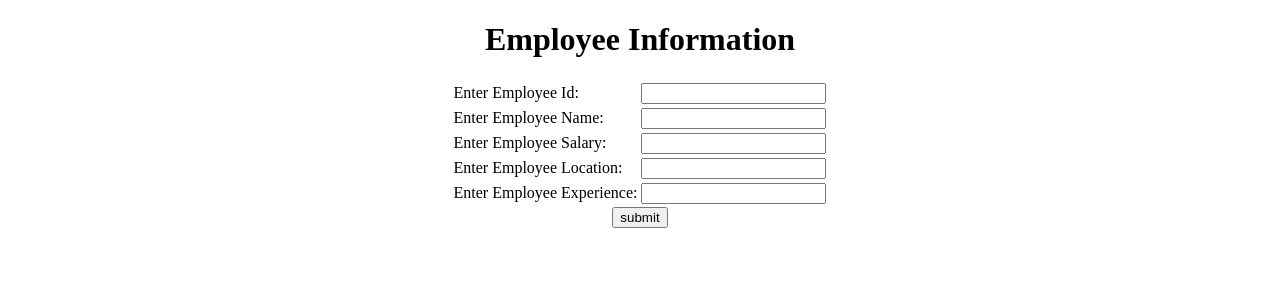
Repository: mounikagunda/corejavaproject
Page: http://localhost/projectjsp1/Insert.jsp
These files come from the project's save history. The page is drawn as it stood at one moment and after the next save; the edit follows.
The browser window is 1280 px wide. The pictures show the whole page.
The page is served by Tomcat 9.

Above is the page before, as saved 2016-12-19 04:52:15.

After the next save:
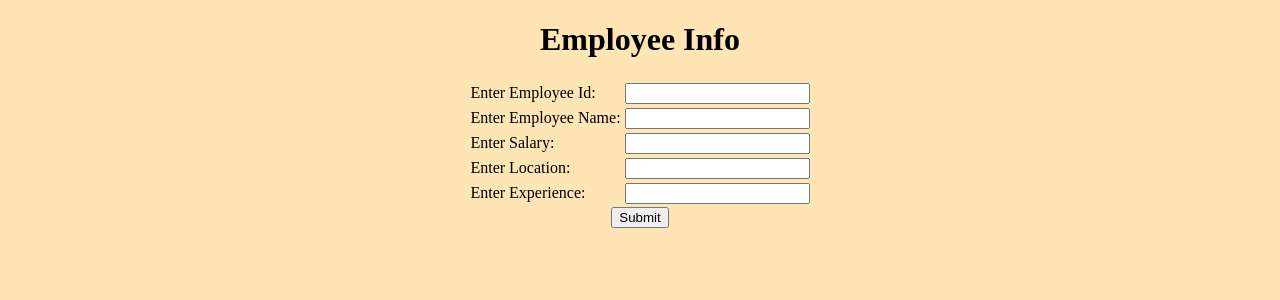
Saved 92 s later.
--- a/projectjsp1/WebContent/Insert.jsp
+++ b/projectjsp1/WebContent/Insert.jsp
@@ -6,38 +6,44 @@
 <meta http-equiv="Content-Type" content="text/html; charset=ISO-8859-1">
 <title>Insert title here</title>
 </head>
-<body>
-<body style="background-color:White">
+
+<body style="background-color:Moccasin">
 <div align="center">
-<h1>Employee Information</h1>
-<form action="insert" method="post">
-<table>
-<tr>
-<td> Enter Employee Id:</td>
-<td><input type="text" name="eid"/></td>
-</tr>
-<tr>
-<td> Enter Employee Name:</td>
-<td><input type="text" name="ename"/></td>
-</tr>
-<tr>
-<td> Enter Employee Salary:</td>
-<td><input type="number" name="esal"/></td>
-</tr>
-<tr>
-<td> Enter Employee Location:</td>
-<td><input type="text" name="eloc"/></td>
-</tr>
-<tr>
-<td> Enter Employee Experience:</td>
-<td><input type="text" name="eexp"/></td>
-</tr>
+<h1>Employee Info</h1>
+
+<form action="EmployeeServlet" method="post">
+
+ <table>
+    <tr>
+      <td>Enter Employee Id:</td>
+      <td><input type="text" name="employeeId" /></td>
+    </tr>
+
+    <tr>
+      <td>Enter Employee Name:</td>
+      <td><input type="text" name="employeeName" /></td>
+    </tr>
+
+    <tr>
+      <td>Enter Salary:</td>
+      <td><input type="number" name="employeeSalary" /></td>
+    </tr>
+     <tr>
+      <td>Enter Location:</td>
+      <td><input type="text" name="employeeLocation" /></td>
+    </tr>
+    <tr>
+      <td>Enter Experience:</td>
+      <td><input type="number" name="employeeExp" /></td>
+    </tr>
 
 </table>
-<input type="submit" value="submit">
 
+<input type="submit" value="Submit">
 </form>
+
 </div>
+
 
 
 </body>
